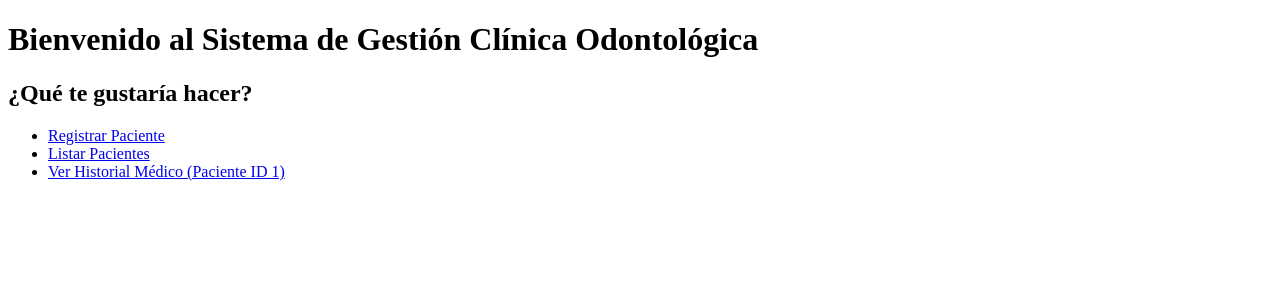
Repository: Aimarvera/LPII_EF_VeraDuran
Page: http://localhost/index
These files come from the project's save history. The page is drawn as it stood at one moment and after the next save; the edit follows.
The browser window is 1280 px wide. The pictures show the whole page.
The page is this project's Thymeleaf template; nobody is signed in. The template is opened directly, without the code that normally fills it, so the values that code supplies are empty.

Above is the page before, as saved 2024-10-24 02:02:04.

After the next save:
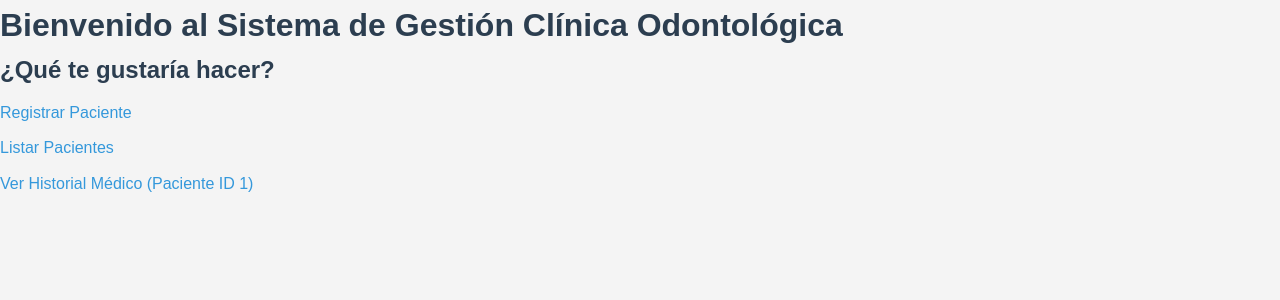
Saved 24 s later.
--- a/Clinica/src/main/resources/templates/index.html
+++ b/Clinica/src/main/resources/templates/index.html
@@ -3,6 +3,7 @@
 <head>
     <meta charset="UTF-8">
     <title>Página Principal - Sistema de Gestión Clínica Odontológica</title>
+	<link rel="stylesheet" type="text/css" th:href="@{/css/styles.css}">
 </head>
 <body>
     <h1>Bienvenido al Sistema de Gestión Clínica Odontológica</h1>
